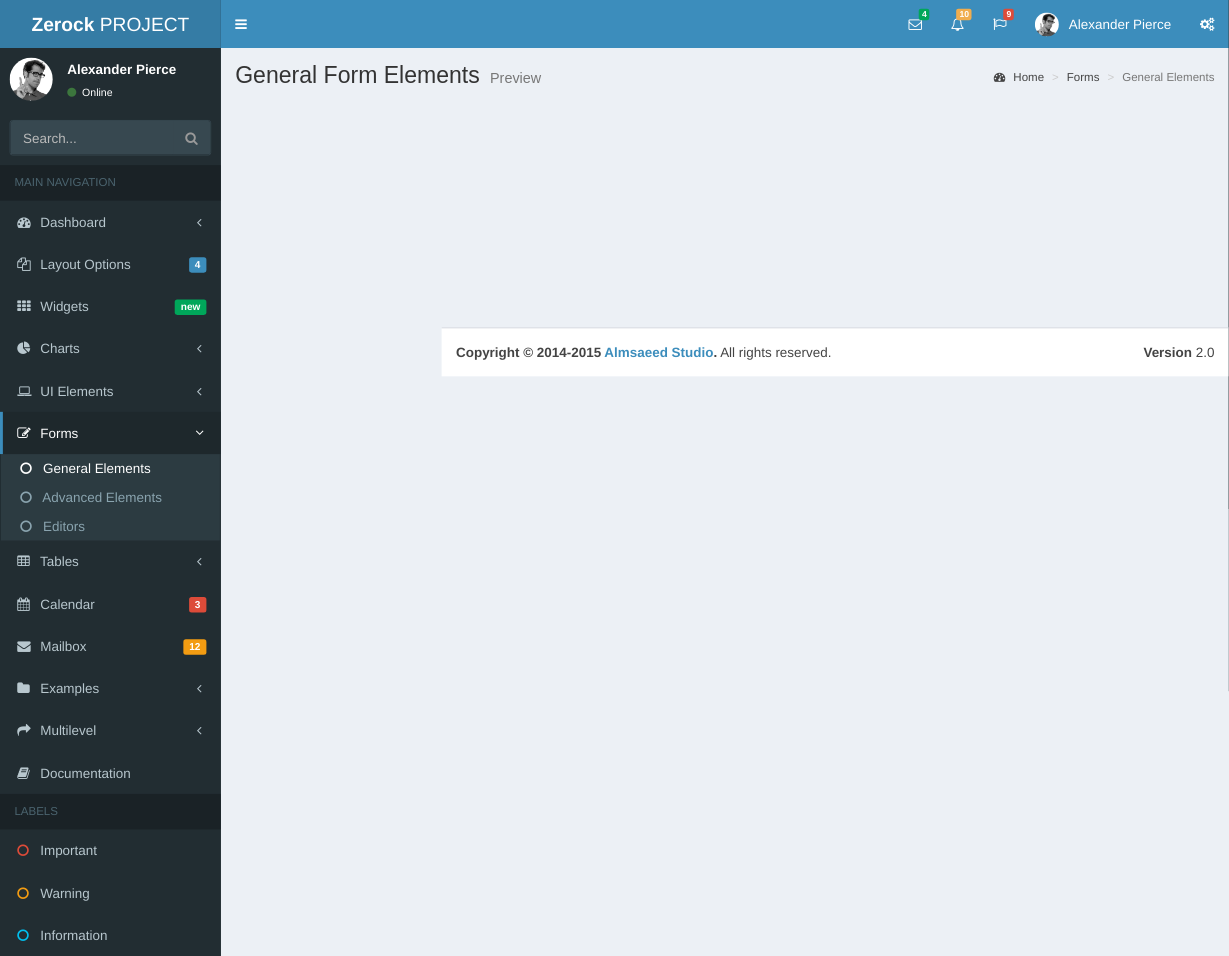
Repository: letzbegin/Study
Page: http://localhost/ex01/
An editor plug-in stored every save of this project. The page is shown before and after the next save, followed by the edit.
The browser window is 1280 px wide. The pictures show the whole page, at 96% of full size.
Some web fonts or font styles are not loaded; a fallback is used. Some web libraries are served in a nearby version. The page is served by Tomcat 9. Other server files are loaded and not shown.

Above is the page before, as saved 2018-09-26 08:29:30.

### Web_project/ex01/src/main/webapp/WEB-INF/views/home.jsp
<%@ taglib uri="http://java.sun.com/jsp/jstl/core" prefix="c"%>
<%@ page session="false"%>





<%@include file="include/header.jsp"%>
<section class="content">
	<div class="row">
		<div class="col-md-12">
		</div>
	</div>
</section>
<%@include file="include/footer.jsp"%>

### Web_project/ex01/src/main/webapp/WEB-INF/views/include/footer.jsp
<%@ page language="java" contentType="text/html; charset=UTF-8"
    pageEncoding="UTF-8"%>
      <footer class="main-footer">
        <div class="pull-right hidden-xs">
          <b>Version</b> 2.0
        </div>
        <strong>Copyright &copy; 2014-2015 <a href="http://almsaeedstudio.com">Almsaeed Studio</a>.</strong> All rights reserved.
      </footer>

      <!-- Control Sidebar -->
      <aside class="control-sidebar control-sidebar-dark">
        <!-- Create the tabs -->
        <ul class="nav nav-tabs nav-justified control-sidebar-tabs">
          <li><a href="#control-sidebar-home-tab" data-toggle="tab"><i class="fa fa-home"></i></a></li>

          <li><a href="#control-sidebar-settings-tab" data-toggle="tab"><i class="fa fa-gears"></i></a></li>
        </ul>
        <!-- Tab panes -->
        <div class="tab-content">
          <!-- Home tab content -->
          <div class="tab-pane" id="control-sidebar-home-tab">
            <h3 class="control-sidebar-heading">Recent Activity</h3>
            <ul class='control-sidebar-menu'>
              <li>
                <a href='javascript::;'>
                  <i class="menu-icon fa fa-birthday-cake bg-red"></i>
                  <div class="menu-info">
                    <h4 class="control-sidebar-subheading">Langdon's Birthday</h4>
                    <p>Will be 23 on April 24th</p>
                  </div>
                </a>
              </li>
              <li>
                <a href='javascript::;'>
                  <i class="menu-icon fa fa-user bg-yellow"></i>
                  <div class="menu-info">
                    <h4 class="control-sidebar-subheading">Frodo Updated His Profile</h4>
                    <p>New phone +1(800)555-1234</p>
                  </div>
                </a>
              </li>
              <li>
                <a href='javascript::;'>
                  <i class="menu-icon fa fa-envelope-o bg-light-blue"></i>
                  <div class="menu-info">
                    <h4 class="control-sidebar-subheading">Nora Joined Mailing List</h4>
                    <p>nora@example.com</p>
                  </div>
                </a>
              </li>
              <li>
                <a href='javascript::;'>
                  <i class="menu-icon fa fa-file-code-o bg-green"></i>
                  <div class="menu-info">
                    <h4 class="control-sidebar-subheading">Cron Job 254 Executed</h4>
                    <p>Execution time 5 seconds</p>
                  </div>
                </a>
              </li>
            </ul><!-- /.control-sidebar-menu -->

            <h3 class="control-sidebar-heading">Tasks Progress</h3>
            <ul class='control-sidebar-menu'>
              <li>
                <a href='javascript::;'>
                  <h4 class="control-sidebar-subheading">
                    Custom Template Design
                    <span class="label label-danger pull-right">70%</span>
                  </h4>
                  <div class="progress progress-xxs">
                    <div class="progress-bar progress-bar-danger" style="width: 70%"></div>
                  </div>
                </a>
              </li>
              <li>
                <a href='javascript::;'>
                  <h4 class="control-sidebar-subheading">
                    Update Resume
                    <span class="label label-success pull-right">95%</span>
                  </h4>
                  <div class="progress progress-xxs">
                    <div class="progress-bar progress-bar-success" style="width: 95%"></div>
                  </div>
                </a>
              </li>
              <li>
                <a href='javascript::;'>
                  <h4 class="control-sidebar-subheading">
                    Laravel Integration
                    <span class="label label-waring pull-right">50%</span>
                  </h4>
                  <div class="progress progress-xxs">
                    <div class="progress-bar progress-bar-warning" style="width: 50%"></div>
                  </div>
                </a>
              </li>
              <li>
                <a href='javascript::;'>
                  <h4 class="control-sidebar-subheading">
                    Back End Framework
                    <span class="label label-primary pull-right">68%</span>
                  </h4>
                  <div class="progress progress-xxs">
                    <div class="progress-bar progress-bar-primary" style="width: 68%"></div>
                  </div>
                </a>
              </li>
            </ul><!-- /.control-sidebar-menu -->

          </div><!-- /.tab-pane -->
          <!-- Stats tab content -->
          <div class="tab-pane" id="control-sidebar-stats-tab">Stats Tab Content</div><!-- /.tab-pane -->
          <!-- Settings tab content -->
          <div class="tab-pane" id="control-sidebar-settings-tab">
            <form method="post">
              <h3 class="control-sidebar-heading">General Settings</h3>
              <div class="form-group">
                <label class="control-sidebar-subheading">
                  Report panel usage
                  <input type="checkbox" class="pull-right" checked />
                </label>
                <p>
                  Some information about this general settings option
                </p>
              </div><!-- /.form-group -->

              <div class="form-group">
                <label class="control-sidebar-subheading">
                  Allow mail redirect
                  <input type="checkbox" class="pull-right" checked />
                </label>
                <p>
                  Other sets of options are available
                </p>
              </div><!-- /.form-group -->

              <div class="form-group">
                <label class="control-sidebar-subheading">
                  Expose author name in posts
                  <input type="checkbox" class="pull-right" checked />
                </label>
                <p>
                  Allow the user to show his name in blog posts
                </p>
              </div><!-- /.form-group -->

              <h3 class="control-sidebar-heading">Chat Settings</h3>

              <div class="form-group">
                <label class="control-sidebar-subheading">
                  Show me as online
                  <input type="checkbox" class="pull-right" checked />
                </label>
              </div><!-- /.form-group -->

              <div class="form-group">
                <label class="control-sidebar-subheading">
                  Turn off notifications
                  <input type="checkbox" class="pull-right" />
                </label>
              </div><!-- /.form-group -->

              <div class="form-group">
                <label class="control-sidebar-subheading">
                  Delete chat history
                  <a href="javascript::;" class="text-red pull-right"><i class="fa fa-trash-o"></i></a>
                </label>
              </div><!-- /.form-group -->
            </form>
          </div><!-- /.tab-pane -->
        </div>
      </aside><!-- /.control-sidebar -->
      <!-- Add the sidebar's background. This div must be placed
           immediately after the control sidebar -->
      <div class='control-sidebar-bg'></div>
    </div><!-- ./wrapper -->


    <!-- Bootstrap 3.3.2 JS -->
    <script src="/resources/bootstrap/js/bootstrap.min.js" type="text/javascript"></script>
    <!-- FastClick -->
    <script src='/resources/plugins/fastclick/fastclick.min.js'></script>
    <!-- AdminLTE App -->
    <script src="/resources/dist/js/app.min.js" type="text/javascript"></script>
    <!-- AdminLTE for demo purposes -->
    <script src="/resources/dist/js/demo.js" type="text/javascript"></script>
  </body>
</html>

Loaded but not shown: Web_project/ex01/src/main/webapp/resources/bootstrap/css/bootstrap.min.css (library); Web_project/ex01/src/main/webapp/resources/dist/css/AdminLTE.min.css (library); Web_project/ex01/src/main/webapp/resources/dist/css/skins/_all-skins.min.css (library); Web_project/ex01/src/main/webapp/resources/plugins/jQuery/jQuery-2.1.4.min.js (library); Web_project/ex01/src/main/webapp/resources/bootstrap/js/bootstrap.min.js (library); Web_project/ex01/src/main/webapp/resources/plugins/fastclick/fastclick.min.js (library); Web_project/ex01/src/main/webapp/resources/dist/js/app.min.js (library); Web_project/ex01/src/main/webapp/resources/dist/js/demo.js (335 lines, source omitted); Web_project/ex01/src/main/webapp/WEB-INF/views/include/header.jsp (465 lines, source omitted)

After the next save:
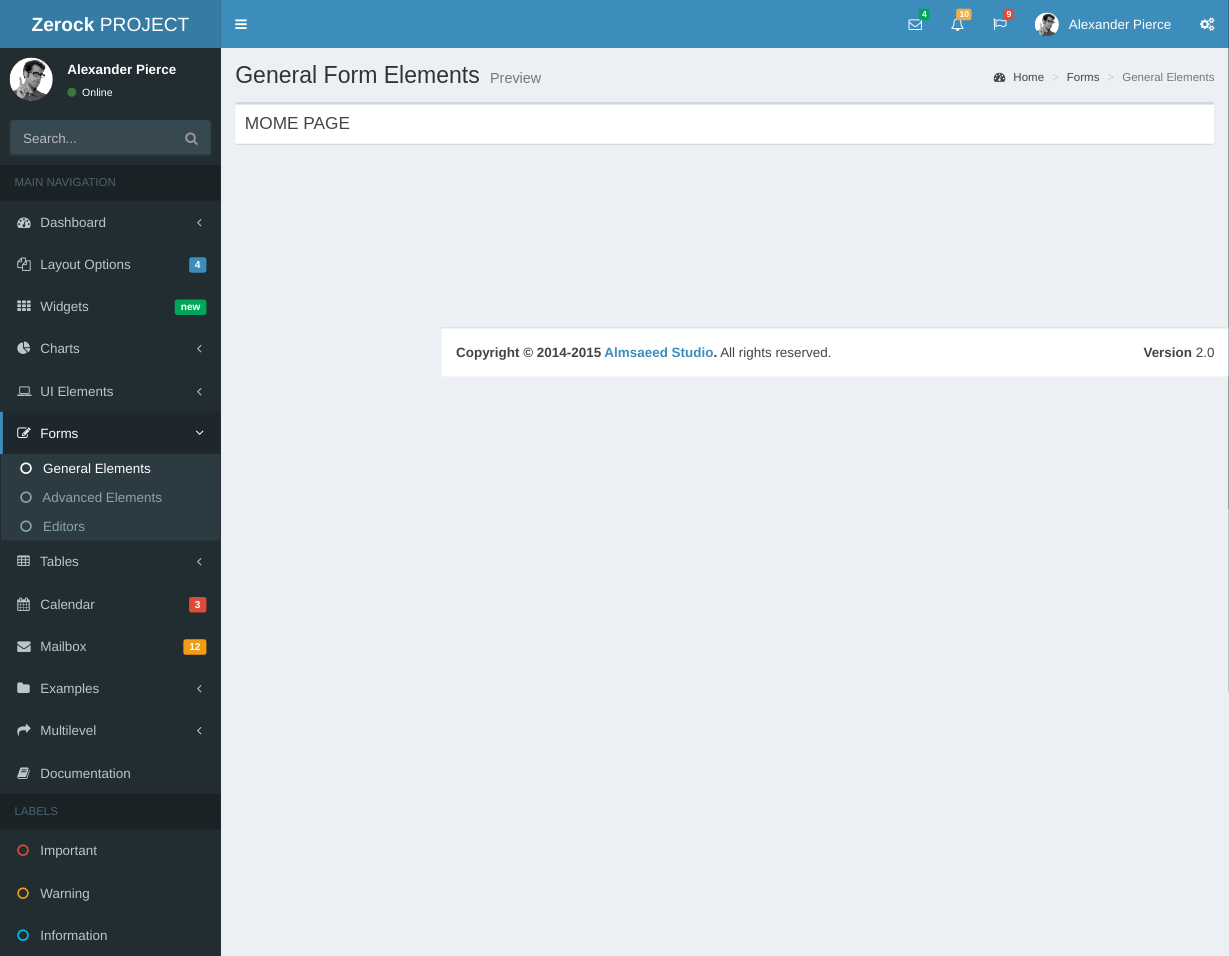
Saved 78 s later.
--- a/Web_project/ex01/src/main/webapp/WEB-INF/views/home.jsp
+++ b/Web_project/ex01/src/main/webapp/WEB-INF/views/home.jsp
@@ -9,6 +9,12 @@
 <section class="content">
 	<div class="row">
 		<div class="col-md-12">
+
+		<div class="box">
+			<div class="box-header with-border">
+			 <h3 class="box-title">MOME PAGE</h3>
+			</div>
+		</div>
 		</div>
 	</div>
 </section>
